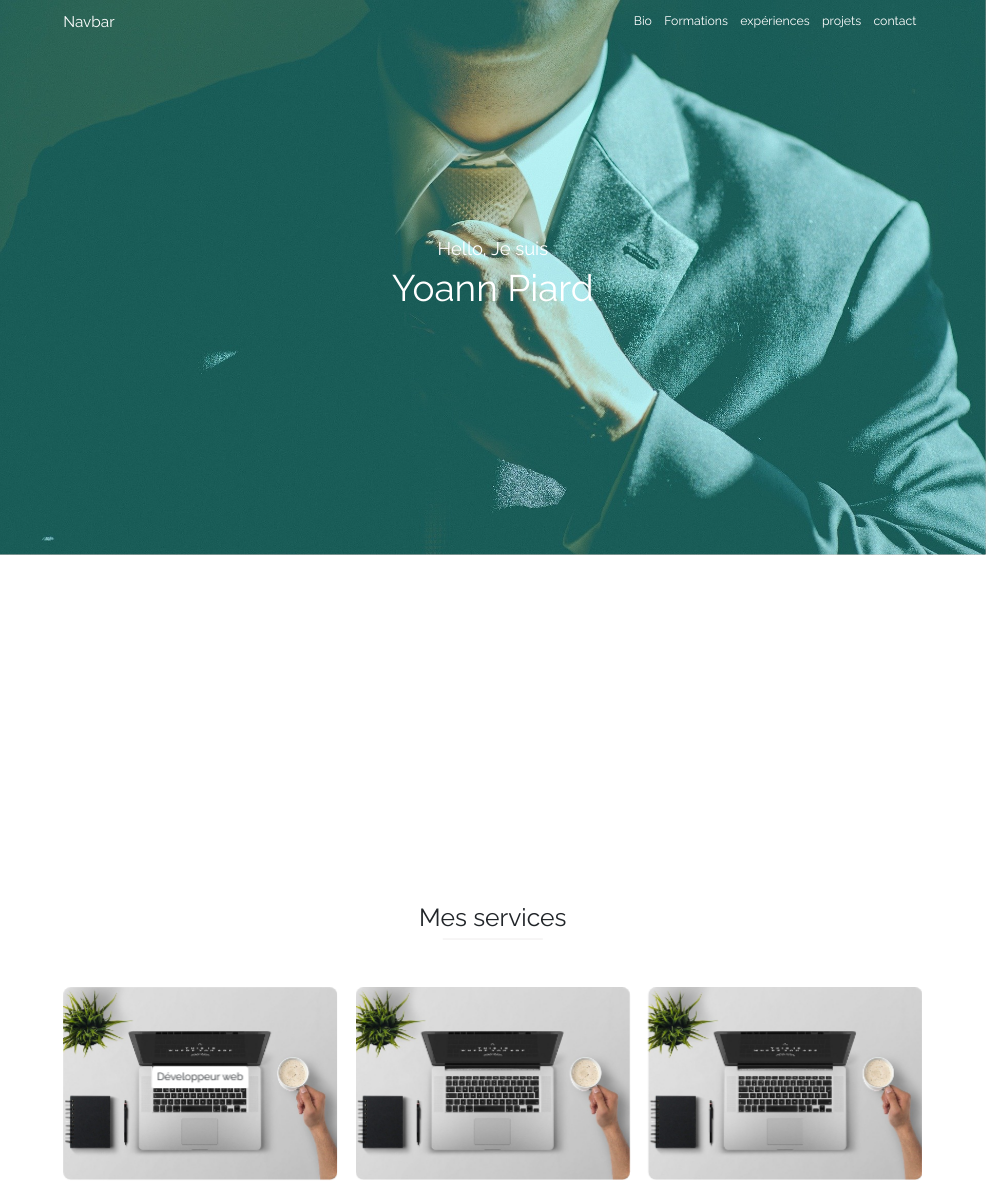
Repository: ypiard85/port-folio-bootstrap-yoann-2021
Page: index.html
The author's editor kept a copy of each file at every save. The page is drawn from the files as they stood at one save, then again after the next save.
The browser window is 1280 px wide. The pictures show the whole page, at 77% of full size.

Above is the page before, as saved 2021-03-09 16:24:25.
Console error: TypeError: window.onload is not a function

After the next save:
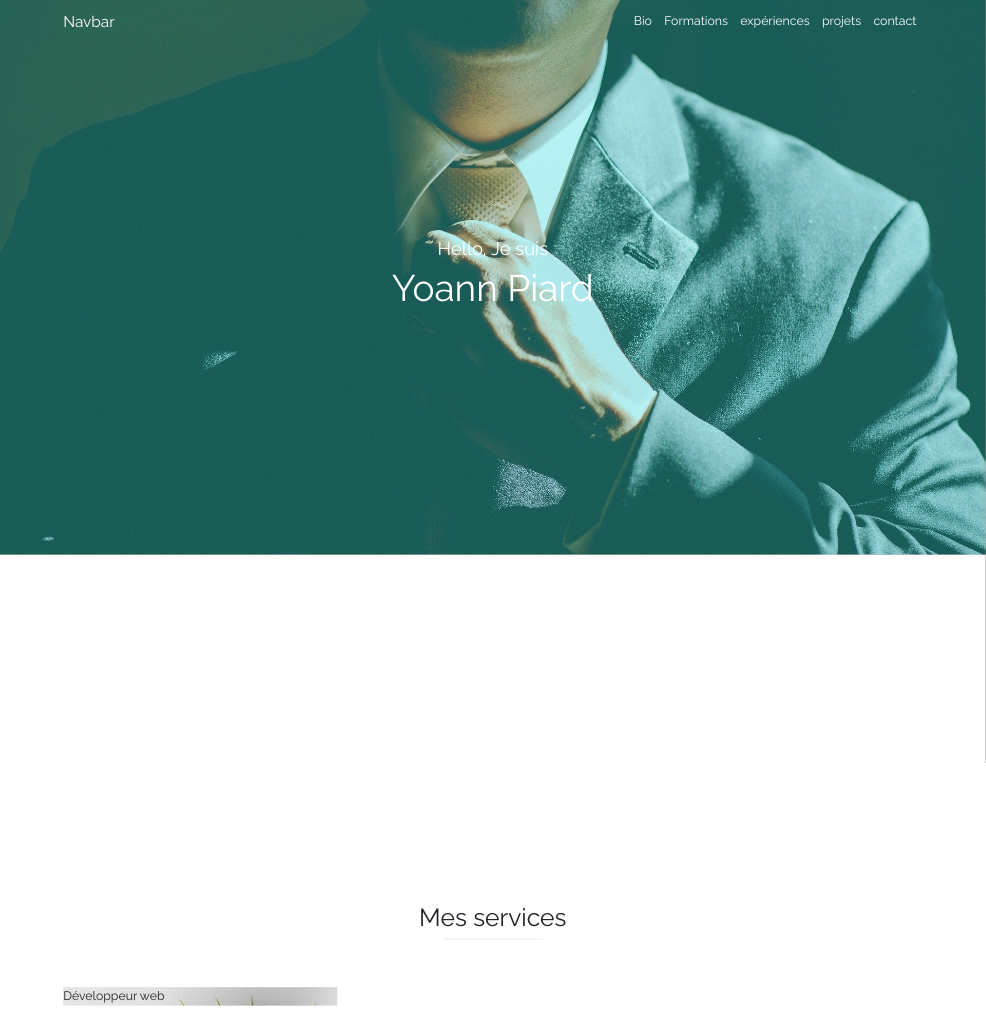
Saved 108 s later.
--- a/resource/style.css
+++ b/resource/style.css
@@ -89,49 +89,3 @@ header h1{
     right: 0;
     margin: auto;
 }
-
-.service_card{
-    height: 250px;
-    background-position: center;
-    background-size: cover;
-    border-radius: 10px;
-    position: relative;
-    perspective: 600px;
-}
-
-.scene{
-    display: flex;
-    justify-content: center;
-    height: 100%;
-    align-items: center;
-    transition: transform 1s;
-  transform-style: preserve-3d;
-}
-
-.service_btn p{
-    background-color: white;
-    padding: 5px 8px;
-    transform: translate3d(0, 0, 60px) scale(0.85);
-}
-
-.service_hover{
-    position: absolute;
-    top:0;
-    bottom:0;
-    left:0;
-    right:0;
-    background-color: orange;
-    display: none;
-}
-
-.service_card:hover{
-
-}
-
-.service_card:hover .service_btn{
-
-}
-
-.service_card:hover .service_hover{
-
-}
